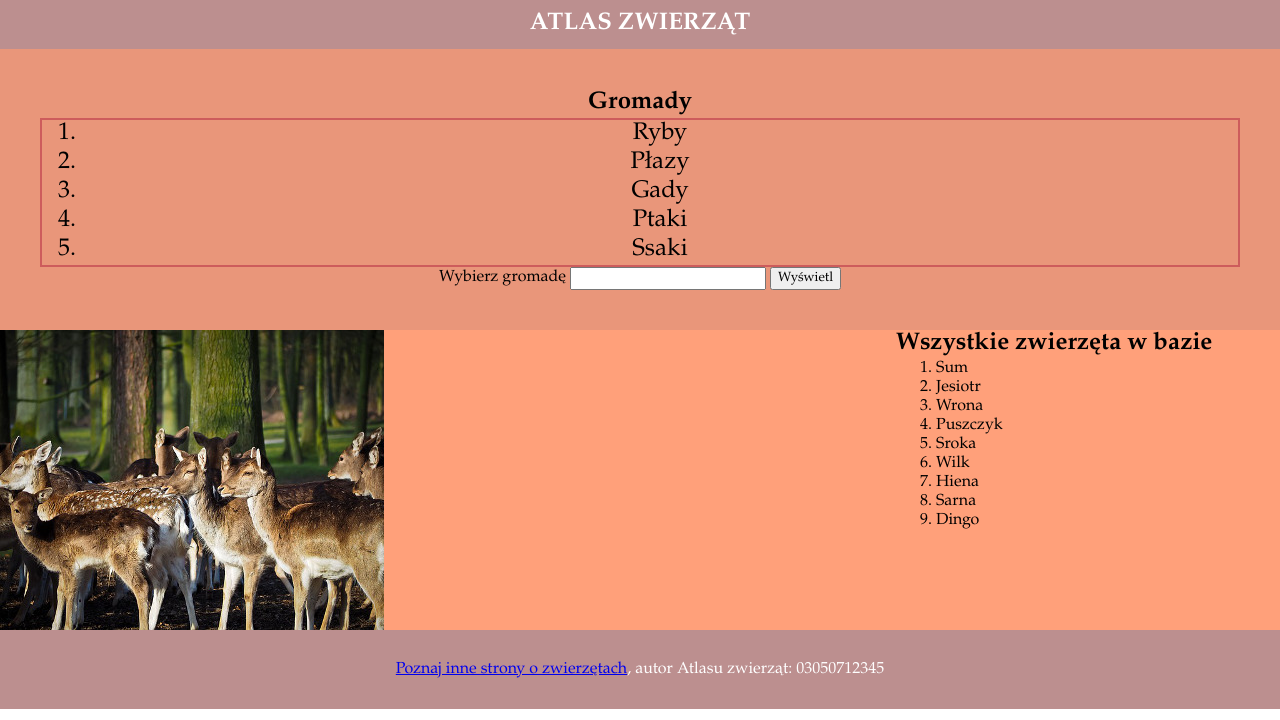
Repository: Lenerystia/HTML
Page: Zad.egz_3/index.html
These files come from the project's save history. The page is drawn as it stood at one moment and after the next save; the edit follows.
The browser window is 1280 px wide. The pictures show the whole page.

Above is the page before, as saved 2021-12-22 14:07:27.

### Zad.egz_3/index.html
<!DOCTYPE html>
<head>
    <meta http-equiv="content-type" type="text/html" charset="UTF-8">
    <title>Dane o zwierzętach</title>
    <link rel="stylesheet" href="styl3.css">
</head>
<body>
    <section class="baner">
        <h1>ATLAS ZWIERZĄT</h1>
    </section>
    <section class="formularz">
        <h2>Gromady</h2>
        <ol>
            <li>Ryby</li>
            <li>Płazy</li>
            <li>Gady</li>
            <li>Ptaki</li>
            <li>Ssaki</li>
        </ol>
        <form action="http://www.przykładowastrona.com" method="post">Wybierz gromadę
            <input type="number" name="Wybierz gromadę" id="gromada">
            <input type="submit" value="Wyświetl">
        </form>
    </section>
    <section class="glownyLewy">
        <img src="zwierzeta.jpg" alt="dzikie zwierzęta">
    </section>
    <section class="glownySrodkowy">

    </section>
    <section class="glownyPrawy">
        <h2>Wszystkie zwierzęta w bazie</h2>
        <ol>
            <li>Sum</li>
            <li>Jesiotr</li>
            <li>Wrona</li>
            <li>Puszczyk</li>
            <li>Sroka</li>
            <li>Wilk</li>
            <li>Hiena</li>
            <li>Sarna</li>
            <li>Dingo</li>
        </ol>
    </section>
    <section class="stopka">
        <a href="atlas-zwierzat.pl" target="_blank"> Poznaj inne strony o zwierzętach</a>, autor Atlasu zwierząt: 03050712345

    </section>
</body>
</html>

### Zad.egz_3/styl3.css
*{
    font-family: Garamond;
    margin: 0;
}
.baner{
    background-color: rosybrown;
    color: white;
    text-align: center;
    padding: 10px;
}
.formularz{
    background-color: darksalmon;
    text-align: center;
    padding: 40px;
}
.glownyLewy, .glownyPrawy{
    background-color: lightsalmon;
}
.glownyLewy{
    float: left;
    width: 30%;
    height: 300px;
}
.glownySrodkowy{
    background-color: lightsalmon;
    height: 300px;
    width: 40%;
    float: left;
}
.glownyPrawy{
    float: left;
    width: 30%;
    height: 300px;
}
.stopka{
    background-color: rosybrown;
    color: white;
    text-align: center;
    padding: 30px;
    clear: both;
}
.formularz ol{
    border: 2px solid rgb(205, 92, 92);
    font-size: 150%;
}

After the next save:
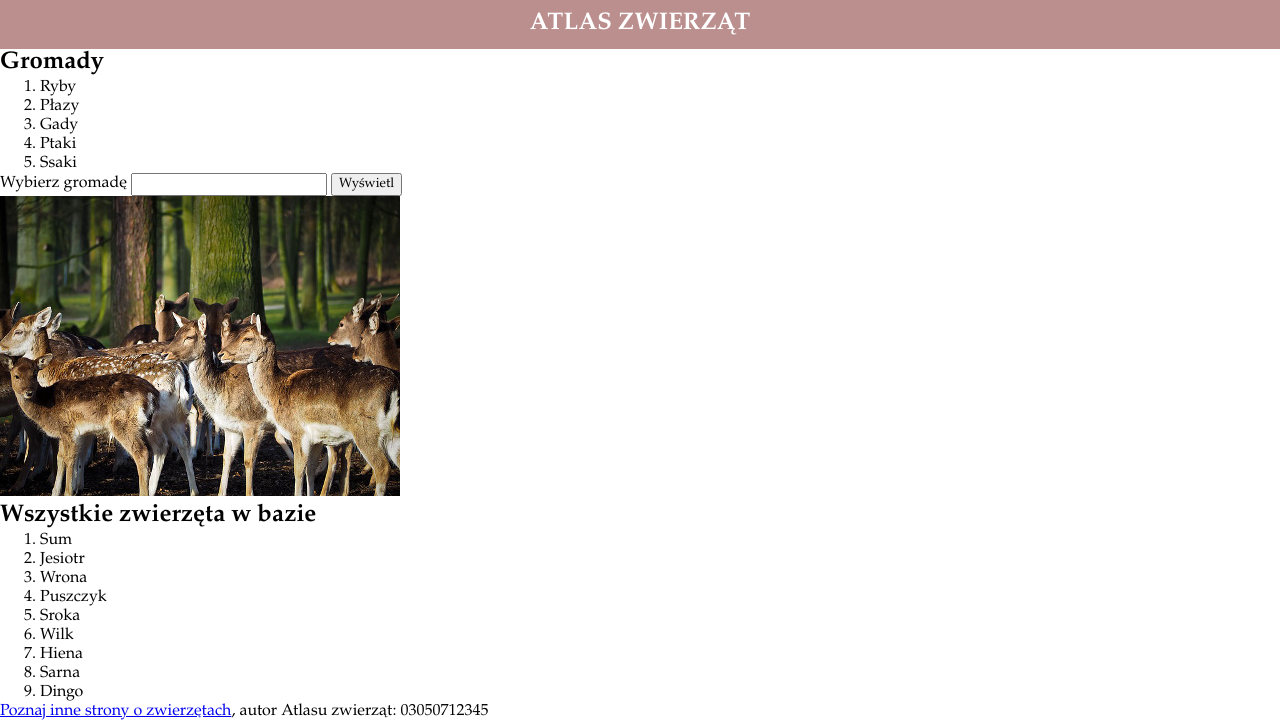
Saved 29 s later.
--- a/Zad.egz_3/styl3.css
+++ b/Zad.egz_3/styl3.css
@@ -8,38 +8,3 @@
     text-align: center;
     padding: 10px;
 }
-.formularz{
-    background-color: darksalmon;
-    text-align: center;
-    padding: 40px;
-}
-.glownyLewy, .glownyPrawy{
-    background-color: lightsalmon;
-}
-.glownyLewy{
-    float: left;
-    width: 30%;
-    height: 300px;
-}
-.glownySrodkowy{
-    background-color: lightsalmon;
-    height: 300px;
-    width: 40%;
-    float: left;
-}
-.glownyPrawy{
-    float: left;
-    width: 30%;
-    height: 300px;
-}
-.stopka{
-    background-color: rosybrown;
-    color: white;
-    text-align: center;
-    padding: 30px;
-    clear: both;
-}
-.formularz ol{
-    border: 2px solid rgb(205, 92, 92);
-    font-size: 150%;
-}
